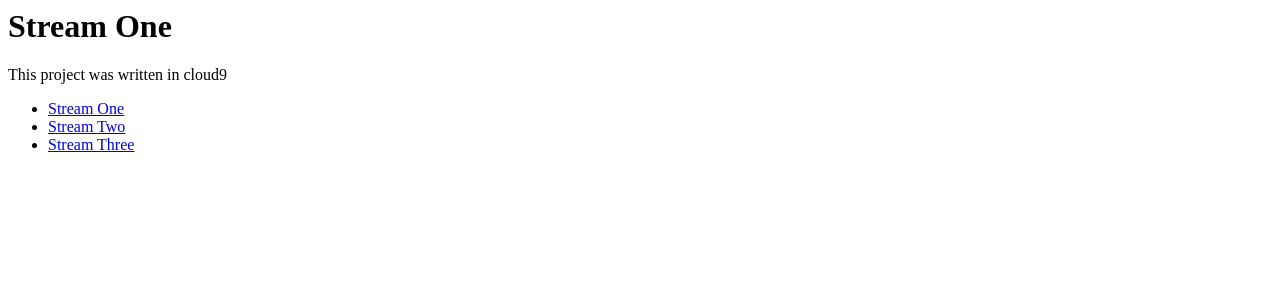
Repository: TheGreasyMuffin/My-First-Website
Page: Stream3.html
The author's editor kept a record of every edit. The page is drawn from the files as they stood at one moment, then again after the next edit.
The browser window is 1280 px wide. The pictures show the whole page.

Above is the page before.

After the next edit:
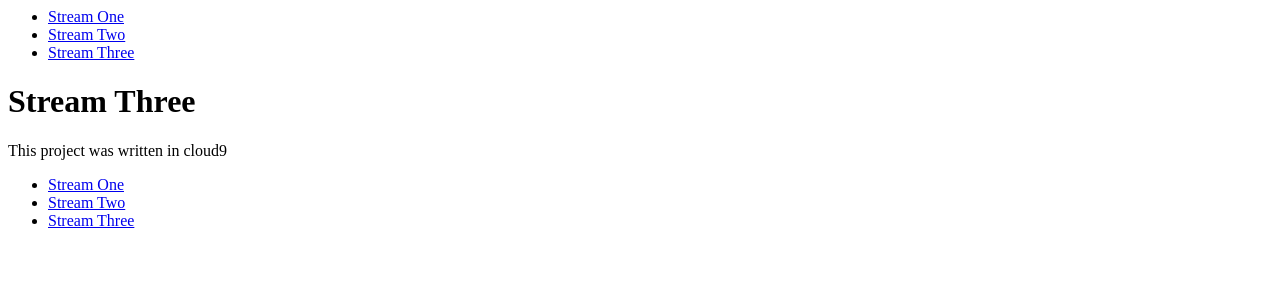
The edit:
--- a/Stream3.html
+++ b/Stream3.html
@@ -4,7 +4,15 @@
     </head>
     <body>
 
-        <h1>Stream One</h1>
+         <nav>
+            <ul>
+                <li><a href="Stream1.html">Stream One</a></li>
+                <li><a href="Stream2.html">Stream Two</a></li>
+                <li><a href="Stream3.html">Stream Three</a></li>
+            </ul>
+        </nav>
+
+        <h1>Stream Three</h1>
 
         <p>This project was written in cloud9</p>
 
